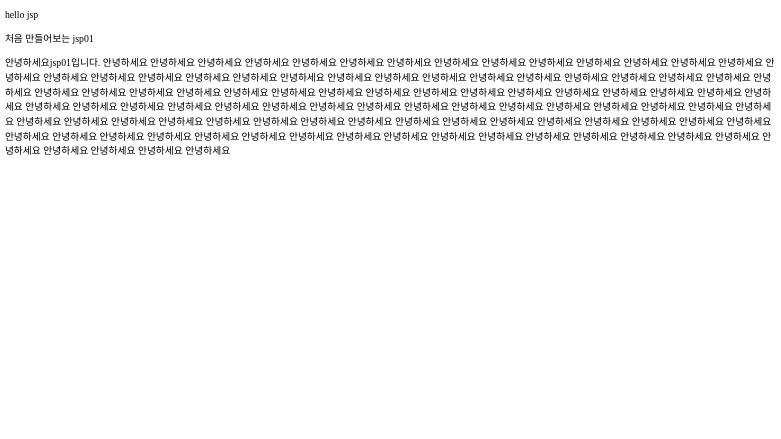
Repository: kimseunghyo/lecture-jsp
Page: http://localhost/jsp01/Hello.jsp
The author's editor kept a copy of each file at every save. The page is drawn from the files as they stood at one save, then again after the next save.
The browser window is 1280 px wide. The pictures show the whole page, at 61% of full size.
The page is served by Tomcat 9.

Above is the page before, as saved 2023-03-02 05:51:45.

After the next save:
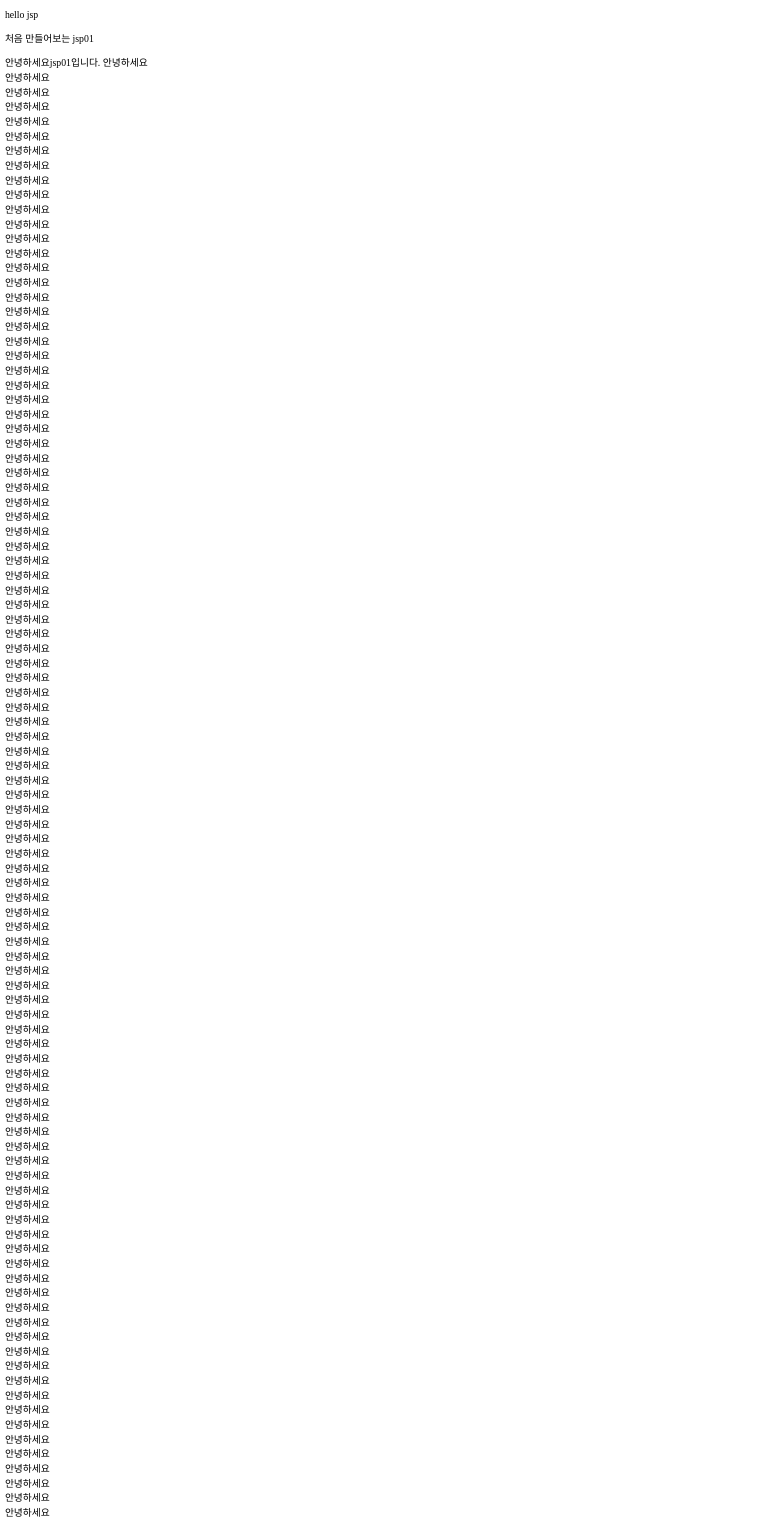
Saved 113 s later.
--- a/jsp01/src/main/webapp/Hello.jsp
+++ b/jsp01/src/main/webapp/Hello.jsp
@@ -19,7 +19,7 @@
 		%>
 		<%
 			for(int i = 0; i < 100; i++) {
-				out.println("안녕하세요 \r\n");
+				out.println("안녕하세요 <br>");
 			}
 		%>
 	</p>
